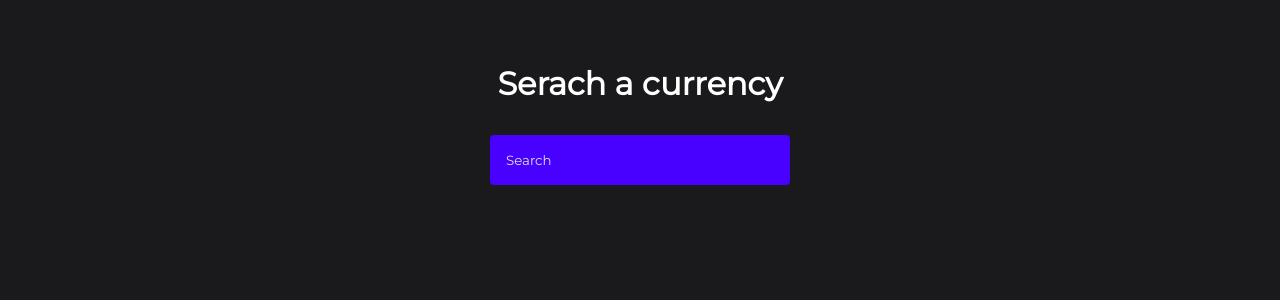
Repository: Malooyyy/crypto-tracker
Page: /
An editor plug-in stored every save of this project. The page is shown before and after the next save, followed by the edit.
The browser window is 1280 px wide. The pictures show the whole page.
The pointer rests on the first visible `.coin-app`.
The page's requests for data from a server got no answer. The project was rebuilt for these pictures with package versions that can differ from the ones it lists, and the page was loaded fresh each time. No one was signed in, and anything a server would have sent is missing. Also part of the build but not shown: src/Coin.css, src/Coin.js.

Above is the page before, as saved 2022-06-29 09:23:29.

### src/index.css
@import url('https://fonts.googleapis.com/css2?family=Montserrat&display=swap');

* {
  box-sizing: border-box;
  margin: 0;
  padding: 0;
  font-family: 'Montserrat', sans-serif;
  background-color: #1a1a1c;
  color: #fff;
}

.coin-app {
  display: flex;
  flex-direction: column;
  align-items: center;
  margin-top: 64px;
  color: #fff;
}

.coin-search {
  margin-bottom: 64px;
  display: flex;
  flex-direction: column;
  justify-content: center;
  align-items: center;
}

.coin-text {
  margin-bottom: 32px;
  text-align: center;
}

.coin-input {
  padding-left: 16px;
  width: 300px;
  height: 50px;
  border-radius: 4px;
  border: none;
  background: #4801ff;
  color: #e2e2e2;
}

.coin-input::placeholder {
  color: #e2e2e2;
}

### src/App.js
import React, {useEffect, useState} from 'react';
import axios from 'axios';
import Coin from './Coin.js'


function App() {
  const[coins, setCoins] = useState([]);
  const [search, setSearch] = useState('')

  useEffect(() => {
    axios
    .get('https://api.coingecko.com/api/v3/coins/markets?vs_currency=usd&order=market_cap_desc&per_page=100&page=1&sparkline=false')
    .then(res => {
      setCoins(res.data);
    })
    .catch( error => console.log(error));
  }, []);

  const handleChange = e => {
    setSearch(e.target.value)
  }

  const filteredCoins = coins.filter(coin =>
    coin.name.toLowerCase().includes(search.toLowerCase())
    )

  return (
    <div className="coin-app">
      <div className="coin-serach">
        <h1 className="coin-text">Serach a currency</h1>
        <form>
          <input placeholder='Search' className='coin-input' type="text" onChange={handleChange} />
        </form>
      </div>
      {filteredCoins.map(coin => {
        return (
          <Coin key={coin.id}
          name={coin.name}
          image={coin.image}
          symbol={coin.symbol}
          marketcap={coin.market_cap}
          price={coin.current_price}
          priceChange={coin.price_change_percentage_24h}
          volume={coin.total_volume}
          />
        );
      })}
    </div>
  );
}

export default App;

Loaded but not shown: public/index.html (common file); src/index.js (common file); public/manifest.json (common file)

After the next save:
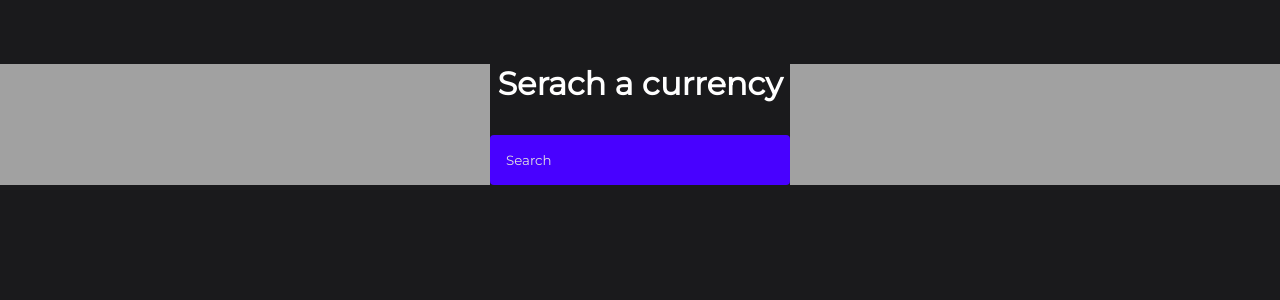
Saved 8 min 13 s later.
--- a/src/index.css
+++ b/src/index.css
@@ -15,6 +15,10 @@
   align-items: center;
   margin-top: 64px;
   color: #fff;
+}
+
+.coin-app:hover {
+  background: #a1a1a1;
 }
 
 .coin-search {

After the save that followed:
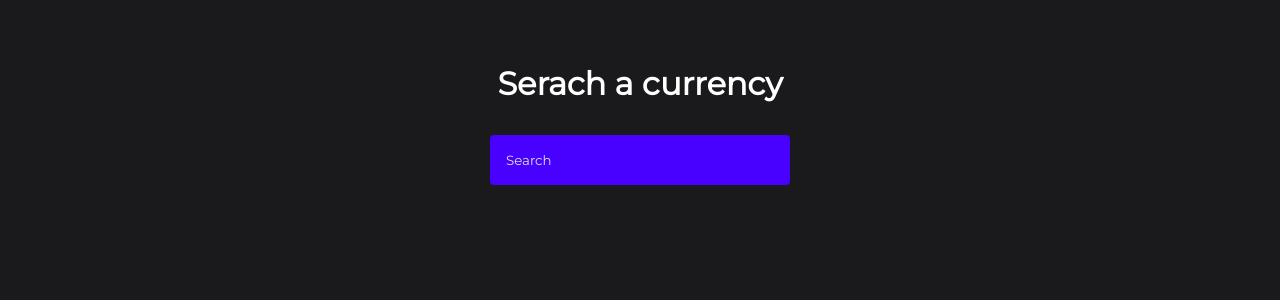
Saved 15 s later.
--- a/src/index.css
+++ b/src/index.css
@@ -17,7 +17,7 @@
   color: #fff;
 }
 
-.coin-app:hover {
+.coin-text:hover {
   background: #a1a1a1;
 }
 
